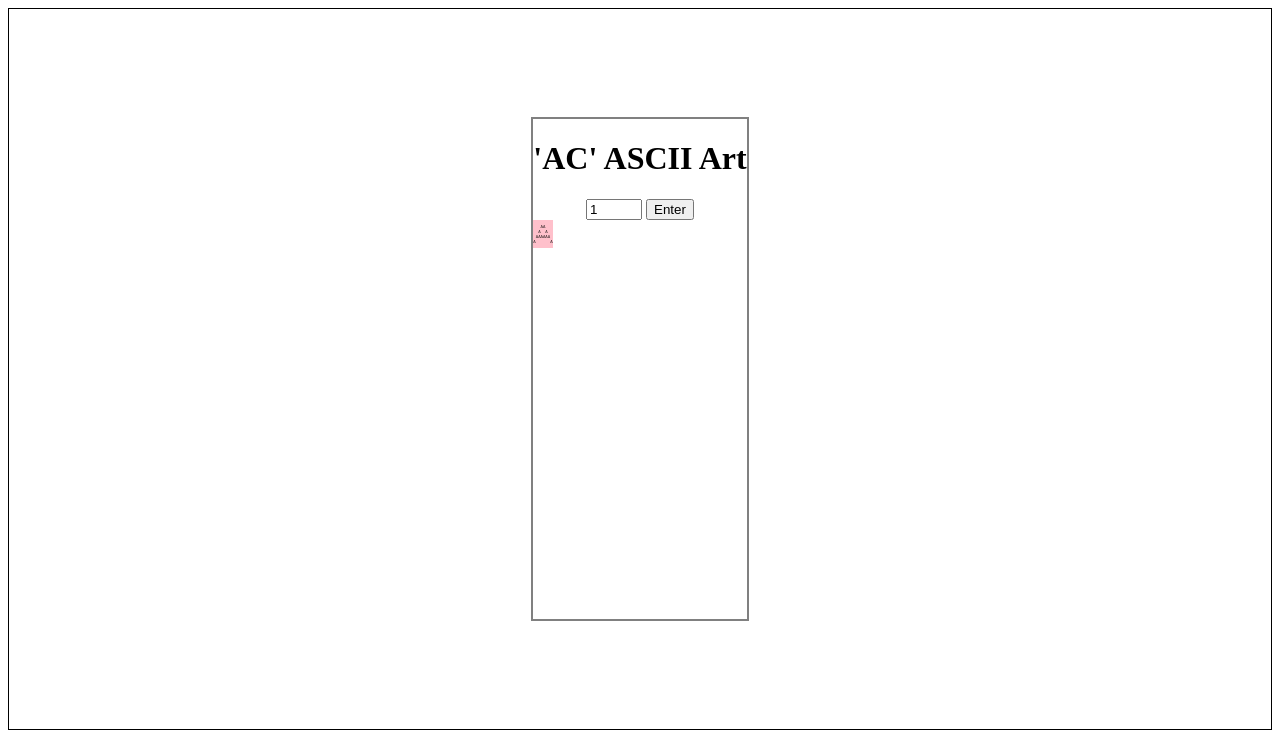
Repository: Achorn/ascii-art
Page: index.html
These files come from the project's save history. The page is drawn as it stood at one moment and after the next save; the edit follows.
The browser window is 1280 px wide. The pictures show the whole page.

Above is the page before, as saved 2021-08-09 18:36:48.

After the next save:
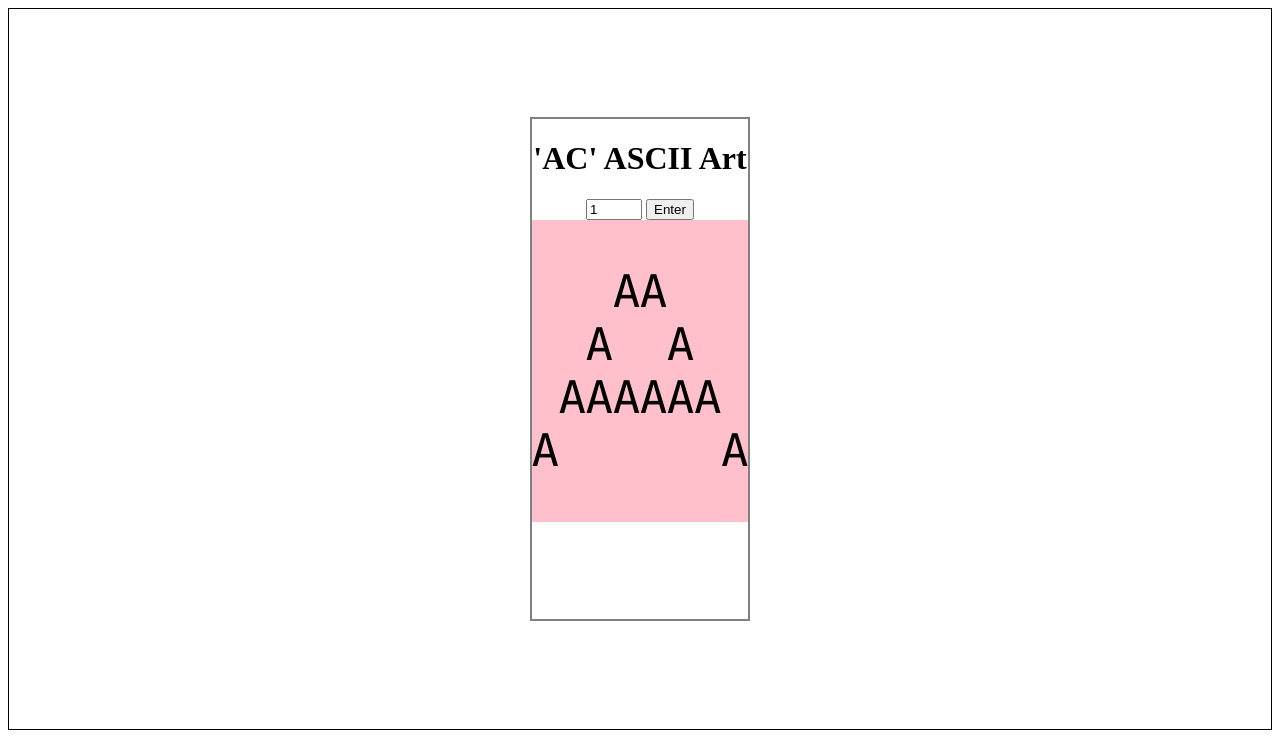
Saved 10 s later.
--- a/myscripts.js
+++ b/myscripts.js
@@ -80,7 +80,7 @@ trimA(scaledFour, scale);
 let scaledEight = scaleSpread(eight, 5);
 trimA(scaledEight, 4);
 // mono.innerHTML = halfArrToString(scaleSpread(four, 7));
-monoA.style.fontSize = `${4}px`;
+monoA.style.fontSize = `${45}px`;
 // monoC.style.fontSize = `${4 / scale}em`;
 monoA.innerHTML = halfArrToString(scaledFour);
 // monoC.innerHTML = arrToString(scaledEight);
